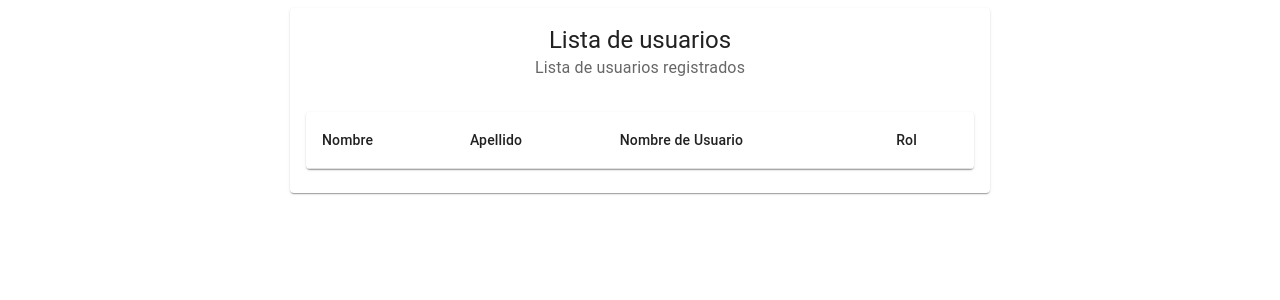
Repository: Mpablom/usuarioCaC-integrador-final-front
Page: /usuarios
An editor plug-in stored every save of this project. The page is shown before and after the next save, followed by the edit.
The browser window is 1280 px wide. The pictures show the whole page.
The page's requests for data from a server got no answer. The project was rebuilt for these pictures with package versions that can differ from the ones it lists, and the page was loaded fresh each time. No one was signed in, and anything a server would have sent is missing. Also part of the build but not shown: vite.config.ts, src/components/Login.tsx, src/index.css.

Above is the page before, as saved 2024-07-10 23:35:54.

### src/App.tsx
// App.tsx (o donde configures tus rutas)
import React from 'react';
import {
  BrowserRouter as Router,
  Route,
  Routes,
  Navigate,
} from 'react-router-dom';
import Login from './components/Login'; // Componente de inicio de sesión
import UsuariosTable from './components/UsuariosTable'; // Componente de la tabla de usuarios

const App: React.FC = () => {
  return (
    <Router>
      <Routes>
        <Route path="/login" element={<Login />} />
        <Route path="/usuarios" element={<UsuariosTable />} />
        <Route path="/" element={<Navigate to="/login" />} />
      </Routes>
    </Router>
  );
};

export default App;

### src/components/UsuariosTable.tsx
import React, { useEffect, useState } from "react";
import {
  TableContainer,
  Table,
  TableHead,
  TableBody,
  TableRow,
  TableCell,
  Paper,
  Card,
  CardHeader,
  CardContent,
} from "@mui/material";
import { Usuario } from "../models/UsuarioModel";
import { getUsuarios } from "../axios/UsuarioApi";

const UsuariosTable: React.FC = () => {
  const [usuarios, setUsuarios] = useState<Usuario[]>([]);

  useEffect(() => {
    const fetchUsuarios = async () => {
      try {
        const usuariosData = await getUsuarios();
        setUsuarios(usuariosData);
      } catch (error) {
        console.error("Error fetching usuarios:", error);
      }
    };

    fetchUsuarios();
  }, []);

  return (
    <Card sx={{ maxWidth: 700, margin: "auto" }}>
<CardHeader title="Lista de usuarios" subheader="Lista de usuarios registrados" sx={{ textAlign: "center" }}>
      </CardHeader>
      <CardContent>
        <TableContainer component={Paper}>
          <Table>
            <TableHead>
              <TableRow>
                <TableCell>Nombre</TableCell>
                <TableCell>Apellido</TableCell>
                <TableCell>Nombre de Usuario</TableCell>
                <TableCell>Rol</TableCell>
              </TableRow>
            </TableHead>
            <TableBody>
              {usuarios.map((usuario) => (
                <TableRow key={usuario.id}>
                  <TableCell>{usuario.nombre}</TableCell>
                  <TableCell>{usuario.apellido}</TableCell>
                  <TableCell>{usuario.username}</TableCell>
                  <TableCell>{usuario.rol}</TableCell>
                </TableRow>
              ))}
            </TableBody>
          </Table>
        </TableContainer>
      </CardContent>
    </Card>
  );
};

export default UsuariosTable;

### src/axios/UsuarioApi.ts
import api from './Api';
import { Usuario, UsuarioLogin } from '../models/UsuarioModel';

export const getUsuarios = async (): Promise<Usuario[]> => {
  const response = await api.get('/usuarios');
  return response.data;
};

export const getUsuarioById = async (id: number): Promise<Usuario> => {
  const response = await api.get(`/usuarios/${id}`);
  return response.data;
};

export const createUsuario = async (usuario: Usuario): Promise<void> => {
  const response = await api.post('/usuarios', usuario);
  return response.data;
};

export const updateUsuario = async (id: number, usuario: Usuario): Promise<void> => {
  const response = await api.put(`/usuarios/${id}`, usuario);
  return response.data;
};

export const deleteUsuario = async (id: number): Promise<void> => {
  const response = await api.delete(`/usuarios/${id}`);
  return response.data;
};

export const restoreUsuario = async (id: number): Promise<void> => {
  const response = await api.patch(`/usuarios/${id}`);
  return response.data;
};
export const login = async (usuarioLogin: UsuarioLogin): Promise<Usuario> => {
    try {
        const response = await api.post(`/usuarios/login`, usuarioLogin);
        return response.data as Usuario; // Asegúrate de que response.data sea del tipo Usuario
    } catch (error) {
        if (error instanceof Error) {
            throw new Error(`Error al iniciar sesión: ${error.message}`);
        } else {
            throw new Error(`Error al iniciar sesión: Error desconocido`);
        }
    }
  }

### src/axios/api.ts
import axios from 'axios';

const api = axios.create({
  baseURL: 'http://localhost:8080',
  headers: {
    'Content-Type': 'application/json',
  },
});

export default api;

Loaded but not shown: index.html (common file); src/main.tsx (common file)

After the next save:
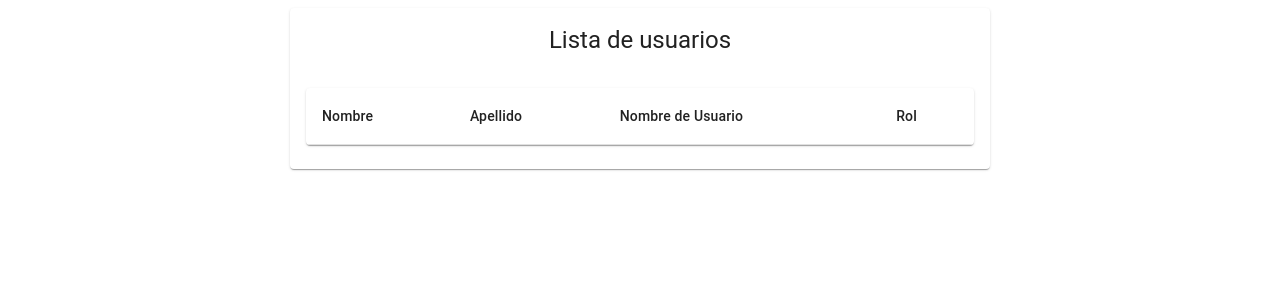
Saved 35 s later.
--- a/src/components/UsuariosTable.tsx
+++ b/src/components/UsuariosTable.tsx
@@ -32,7 +32,7 @@ const UsuariosTable: React.FC = () => {
 
   return (
     <Card sx={{ maxWidth: 700, margin: "auto" }}>
-<CardHeader title="Lista de usuarios" subheader="Lista de usuarios registrados" sx={{ textAlign: "center" }}>
+<CardHeader title="Lista de usuarios" sx={{ textAlign: "center", fontWeight: "bold", fontSize: "24px" }}>
       </CardHeader>
       <CardContent>
         <TableContainer component={Paper}>
